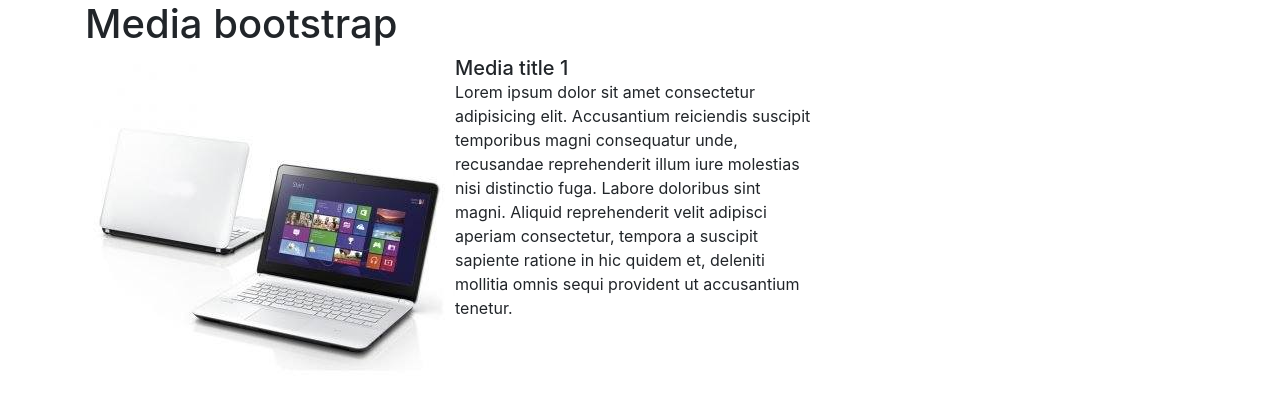
Repository: anhtu2110/front_end
Page: lesson/bootstrap/advance/5.24-media-comment.html
The author's editor kept a copy of each file at every save. The page is drawn from the files as they stood at one save, then again after the next save.
The browser window is 1280 px wide. The pictures show the whole page.

Above is the page before, as saved 2022-12-19 14:40:38.

### lesson/bootstrap/advance/5.24-media-comment.html
<!DOCTYPE html>
<html lang="en">

<head>
    <meta charset="UTF-8" />
    <meta http-equiv="X-UA-Compatible" content="IE=edge" />
    <meta name="viewport" content="width=device-width, initial-scale=1.0" />
    <link rel="stylesheet" href="./bootstrap/css/bootstrap.min.css" />
    <title>Document</title>
</head>

<body>
    <!-- CHECLIST THỰC HIỆN  -->
    <!-- #1. Cấu trúc media
    #2. Hiển thị bố cục comment đa cấp
    #3.Hiển thị danh sách media
    #4. Thay đổi vị trí hiển thị -->
    <div class="container">
        <div class="row">
            <div class="col-md-8">
                <h1>Media bootstrap</h1>
                <!-- Cấu trúc Media -->
                <div class="media">
                    <img class="align-self-start" src="./images/product-1.jpg" alt="">
                    <div class="media-body">
                        <h5 class="mb-0">Media title 1</h5>
                        <p>Lorem ipsum dolor sit amet consectetur adipisicing elit. Accusantium reiciendis suscipit
                            temporibus magni consequatur unde, recusandae reprehenderit illum iure molestias nisi
                            distinctio fuga. Labore doloribus sint magni. Aliquid reprehenderit velit adipisci aperiam
                            consectetur, tempora a suscipit sapiente ratione in hic quidem et, deleniti mollitia omnis
                            sequi provident ut accusantium tenetur.</p>
                    </div>
                </div>
            </div>
        </div>
    </div>
    <script src="js/jquery-3.6.1.min.js"></script>
    <script src="js/popper.min.js"></script>
    <script src="./bootstrap/js/bootstrap.min.js"></script>
</body>

</html>

Loaded but not shown: lesson/bootstrap/advance/bootstrap/css/bootstrap.min.css (library); lesson/bootstrap/advance/js/jquery-3.6.1.min.js (library); lesson/bootstrap/advance/js/popper.min.js (library); lesson/bootstrap/advance/bootstrap/js/bootstrap.min.js (library)

After the next save:
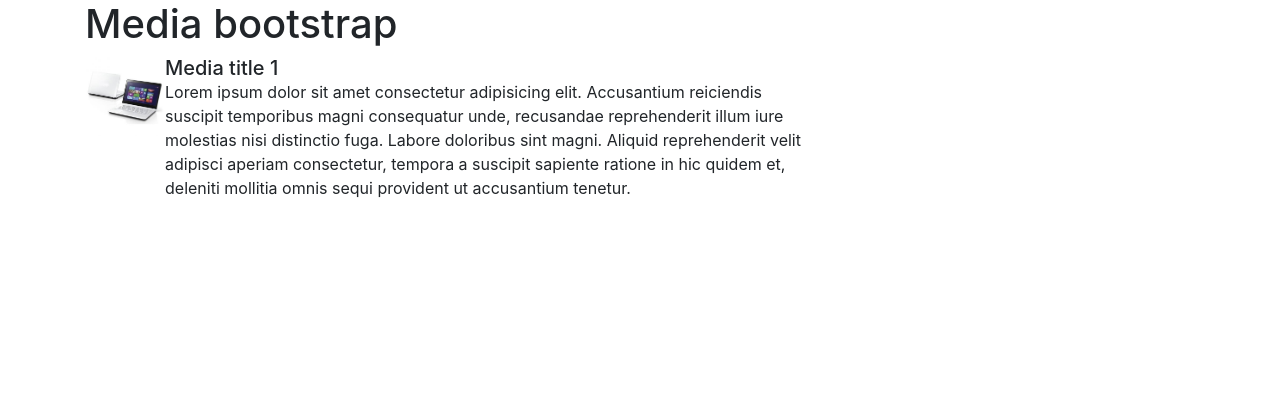
Saved 2 min 56 s later.
--- a/lesson/bootstrap/advance/5.24-media-comment.html
+++ b/lesson/bootstrap/advance/5.24-media-comment.html
@@ -21,7 +21,7 @@
                 <h1>Media bootstrap</h1>
                 <!-- Cấu trúc Media -->
                 <div class="media">
-                    <img class="align-self-start" src="./images/product-1.jpg" alt="">
+                    <img class="align-self-start" style="height: 80px;" src="./images/product-1.jpg" alt="">
                     <div class="media-body">
                         <h5 class="mb-0">Media title 1</h5>
                         <p>Lorem ipsum dolor sit amet consectetur adipisicing elit. Accusantium reiciendis suscipit
